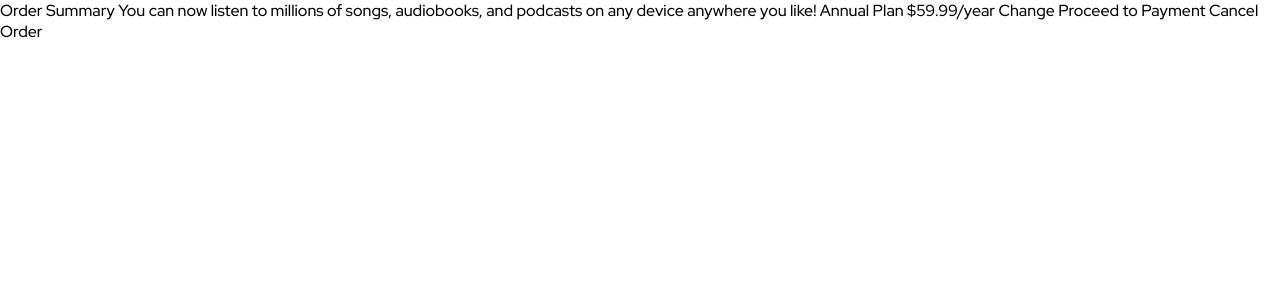
Repository: Angelina555555/lekce_05
Page: cviceni/index.html
An editor plug-in stored every save of this project. The page is shown before and after the next save, followed by the edit.
The browser window is 1280 px wide. The pictures show the whole page.

Above is the page before, as saved 2021-10-26 18:29:07.

After the next save:
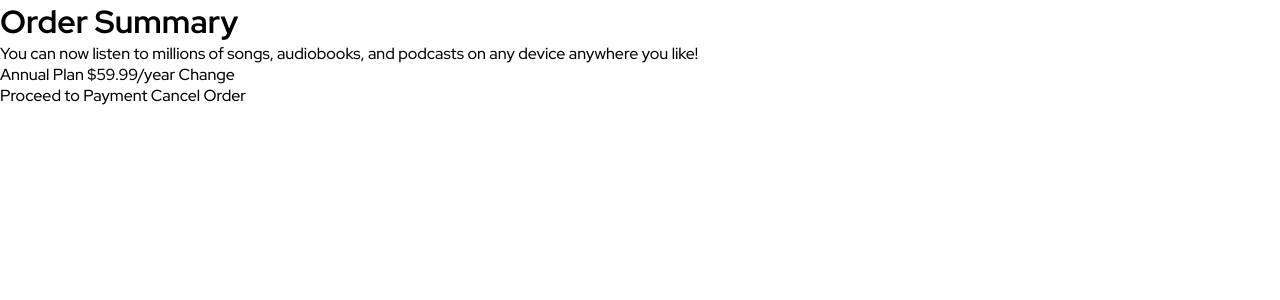
Saved 19 min 52 s later.
--- a/cviceni/index.html
+++ b/cviceni/index.html
@@ -13,8 +13,20 @@
     <title>Order summary card</title>
   </head>
   <body>
-    Order Summary You can now listen to millions of songs, audiobooks, and
-    podcasts on any device anywhere you like! Annual Plan $59.99/year Change
-    Proceed to Payment Cancel Order
+    <header>
+      <h1>Order Summary</h1>
+    </header>
+
+    <section class="telo">
+      <p>
+        You can now listen to millions of songs, audiobooks, and podcasts on any
+        device anywhere you like!
+      </p>
+
+      Annual Plan $59.99/year Change
+      <section class="tlacitko">
+        <p>Proceed to Payment Cancel Order</p>
+      </section>
+    </section>
   </body>
 </html>
